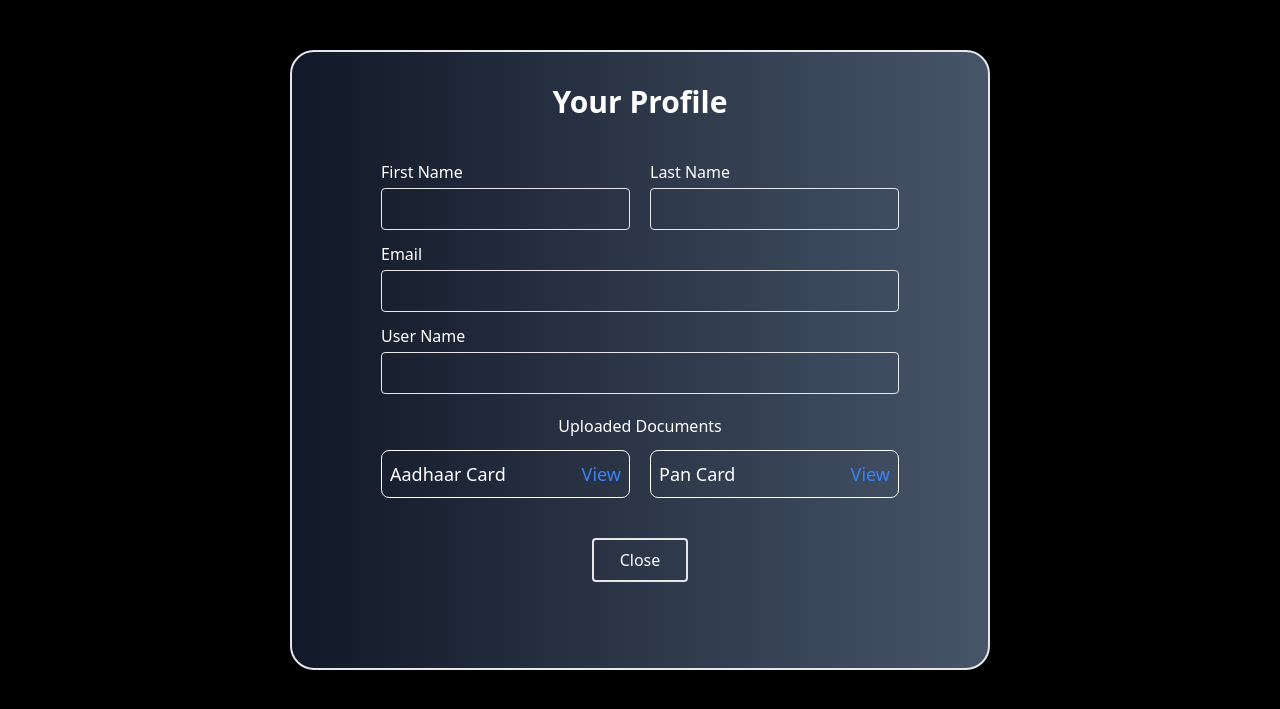
Repository: OmkarTidke8080/Assessment
Page: /view-profile (app in frontend/)
The author's editor kept a copy of each file at every save. The page is drawn from the files as they stood at one save, then again after the next save.
The browser window is 1280 px wide. The pictures show the whole page.
The project was rebuilt for these pictures with package versions that can differ from the ones it lists, and the page was loaded fresh each time. Also part of the build but not shown: frontend/vite.config.js, frontend/src/components/LandingPage.jsx, frontend/src/components/SignUp.jsx, frontend/src/components/SignIn.jsx, frontend/src/components/ResetPassword.jsx, frontend/src/components/HomePage.jsx, frontend/src/components/UpdateProfile.jsx.

Above is the page before, as saved 2024-10-20 11:52:41.

After the next save:
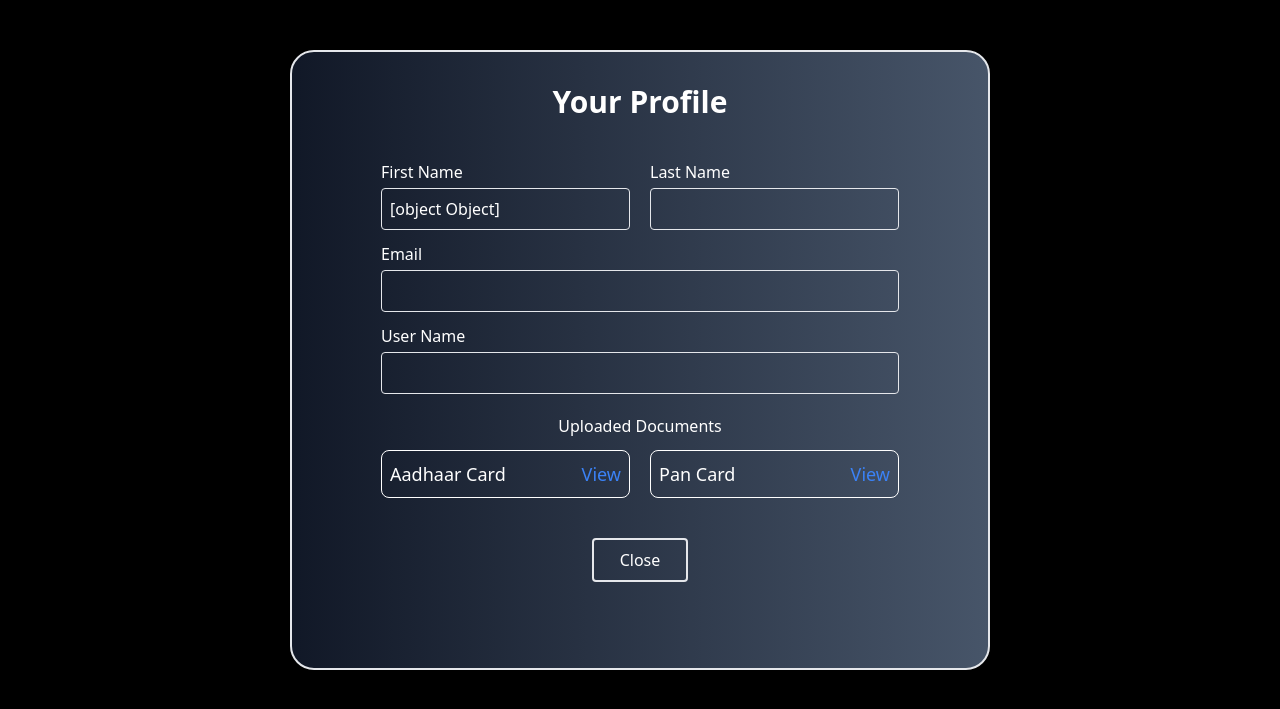
Saved 28 s later.
--- a/frontend/src/components/ViewProfile.jsx
+++ b/frontend/src/components/ViewProfile.jsx
@@ -47,6 +47,7 @@
                     <input
                       type="text"
                       id="FistName"
+                      value={viewProfile}
                       className=" text-white bg-inherit  w-full flex border rounded p-2"
                       required
                     />

After the 2 saves that followed:
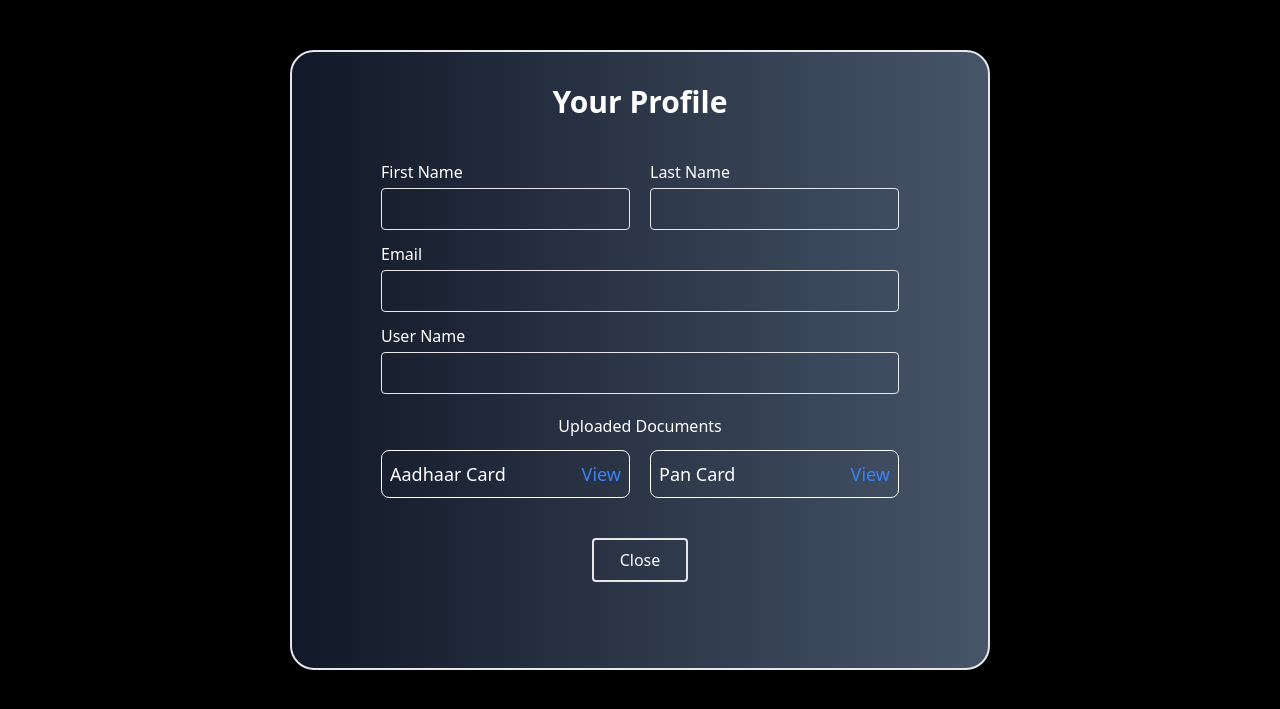
The 2 saves are shown as one change because they came seconds apart.
The last was saved 11 s later.
--- a/frontend/src/components/ViewProfile.jsx
+++ b/frontend/src/components/ViewProfile.jsx
@@ -47,7 +47,7 @@
                     <input
                       type="text"
                       id="FistName"
-                      value={viewProfile}
+                      value={viewProfile.userData}
                       className=" text-white bg-inherit  w-full flex border rounded p-2"
                       required
                     />
